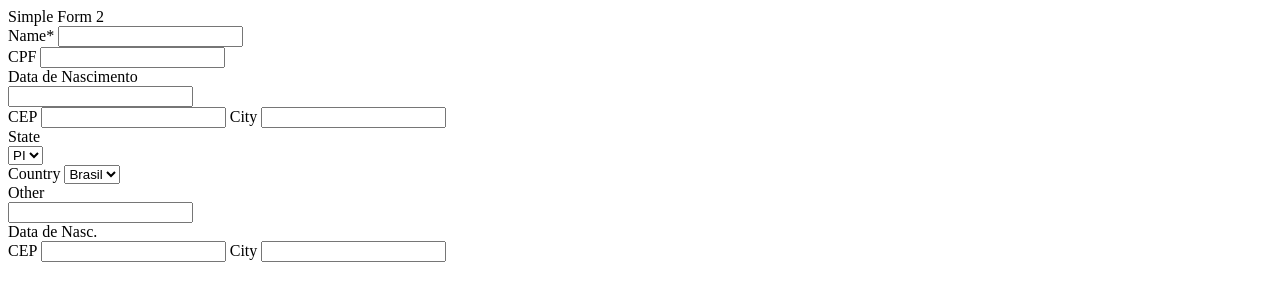
Repository: eudesf/MySpaceShip
Page: MySpaceShip/WebContent/articles/simpleform2.html
The author's editor kept a copy of each file at every save. The page is drawn from the files as they stood at one save, then again after the next save.
The browser window is 1280 px wide. The pictures show the whole page.

Above is the page before, as saved 2012-03-22 19:33:35.

After the next save:
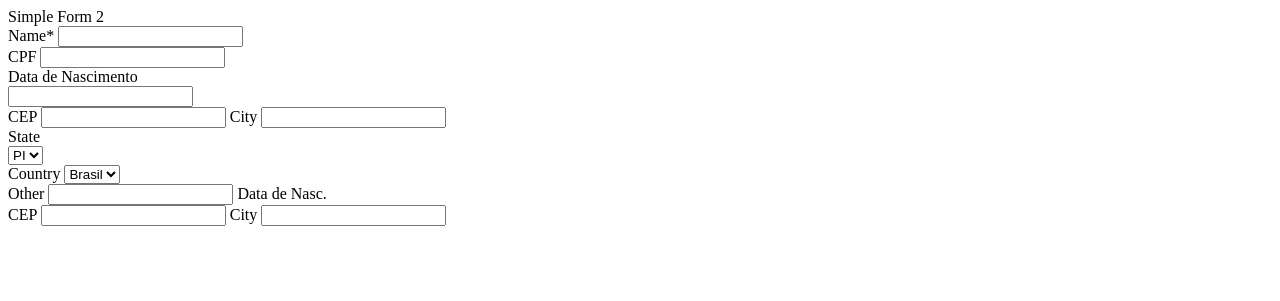
Saved 41 s later.
--- a/MySpaceShip/WebContent/articles/simpleform2.html
+++ b/MySpaceShip/WebContent/articles/simpleform2.html
@@ -38,12 +38,11 @@
 		</div>
 
 		<label for="others">Other</label>
-		<div class="w80p">
-			<input id="others" type="text" class="w100p" />
-		</div>
+		<input id="others" type="text" class="w80p" />
 
 		<label for="birthdate">Data de Nasc.</label>
 		<div class="w30p">
+
 		</div>
 		<div class="w50p">
 			<label for="cep" class="w30p">CEP</label>
